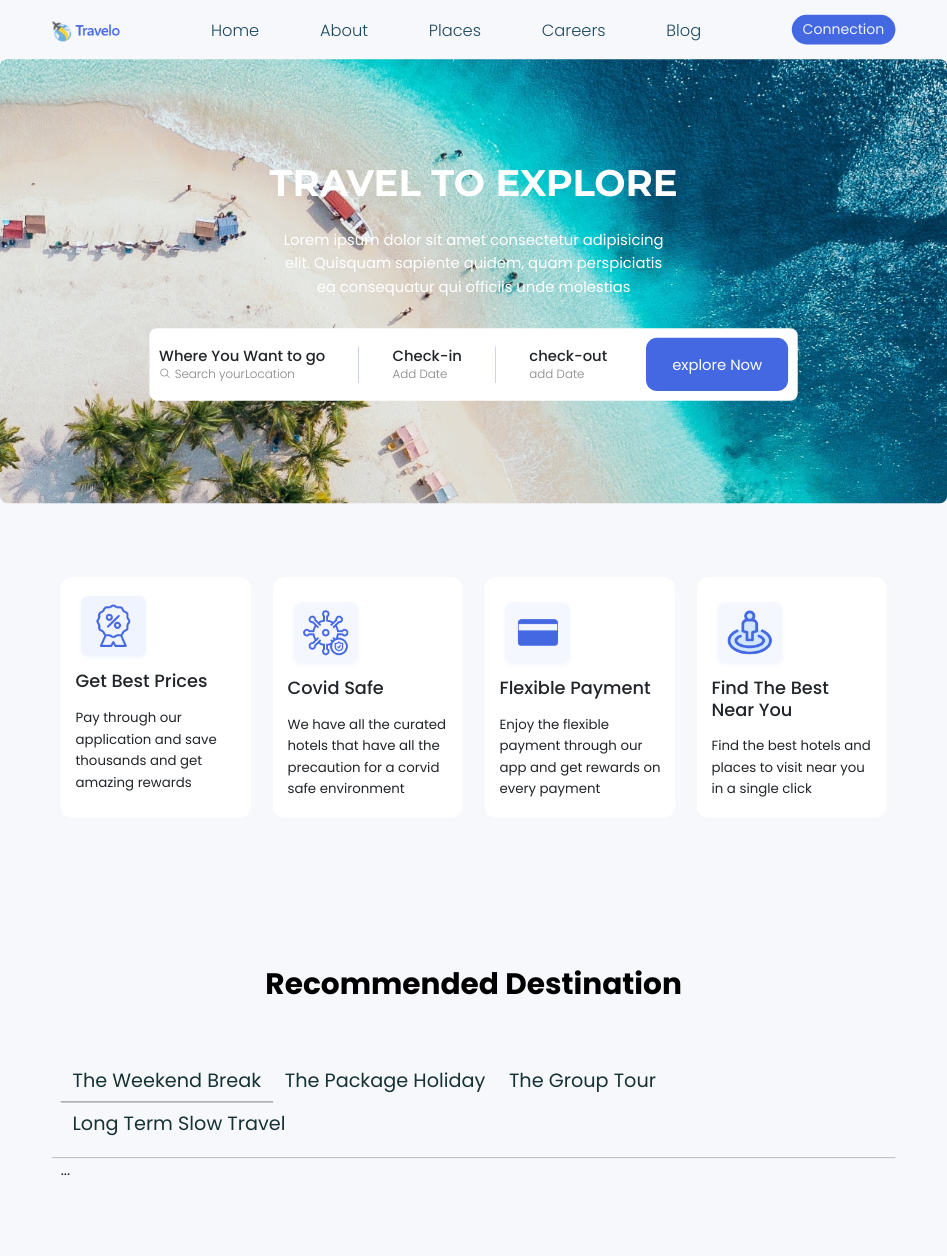
Repository: kuluong2000/travel
Page: index.html
An editor plug-in stored every save of this project. The page is shown before and after the next save, followed by the edit.
The browser window is 1280 px wide. The pictures show the whole page, at 74% of full size.
The style sheet was rebuilt from its Sass, Less or Tailwind sources for each picture, by a compiler version that may differ from the author's.

Above is the page before, as saved 2021-09-09 20:33:15.

### index.html
<!DOCTYPE html>
<html lang="en">
  <head>
    <meta charset="UTF-8" />
    <meta http-equiv="X-UA-Compatible" content="IE=edge" />
    <meta name="viewport" content="width=device-width, initial-scale=1.0" />
    <link rel="stylesheet" href="./libs/css/bootstrap.min.css" />
    <link rel="stylesheet" href="./libs/css/animate.css" />
    <link rel="stylesheet" href="./libs/css/slick-theme.css" />
    <link rel="stylesheet" href="./libs/css/slick.css" />
    <link rel="stylesheet" href="./assets/css/reset.css" />
    <link rel="stylesheet" href="./assets/css/style.css" />
    <link rel="stylesheet" href="./assets/css/responsive.css" />
    <title>Document</title>
  </head>
  <body>
    <header class="header">
      <div class="container">
        <div class="row">
          <div class="header__main">
            <div class="header__logo">
              <a href="/">
                <img src="./assets/image/logo.png" alt="" srcset="" />
              </a>
            </div>
            <div class="sub-menu">
              <div class="line1"></div>
              <div class="line2"></div>
              <div class="line3"></div>
            </div>
            <nav>
              <ul class="header__menu">
                <li class="header__menu__item">
                  <a class="header__mennu__item__link" href="/">Home</a>
                </li>
                <li class="header__menu__item">
                  <a class="header__mennu__item__link" href="/">About</a>
                </li>
                <li class="header__menu__item">
                  <a class="header__mennu__item__link" href="/">Places</a>
                </li>
                <li class="header__menu__item">
                  <a class="header__mennu__item__link" href="/">Careers</a>
                </li>
                <li class="header__menu__item">
                  <a class="header__mennu__item__link" href="/">Blog</a>
                </li>
              </ul>
            </nav>
            <a href="#" class="header__conn"> Connection </a>
          </div>
        </div>
      </div>
    </header>
    <main>
      <section class="banner">
        <div class="container">
          <div class="row">
            <div class="banner__main">
              <div class="banner__main__top">
                <h1 class="banner__main__title">Travel To explore</h1>
                <p class="banner__main__desc">Lorem ipsum dolor sit amet consectetur adipisicing elit. Quisquam sapiente quidem, quam perspiciatis ea consequatur qui officiis unde molestias</p>
              </div>
              <div class="banner__main__bottom">
                <div class="banner__main_list">
                  <div class="banner__main__item">
                    <h4 class="banner__main__item__caption">Where You Want to go</h4>
                    <a href="/" class="banner__main__item__desc">
                      <ion-icon name="search-outline" class="banner__main__item__desc--icon"> </ion-icon>
                      <p>Search yourLocation</p>
                    </a>
                  </div>
                  <div class="banner__main__item">
                    <h4 class="banner__main__item__caption">Check-in</h4>
                    <a href="/" class="banner__main__item__desc">Add Date</a>
                  </div>
                  <div class="banner__main__item">
                    <h4 class="banner__main__item__caption">check-out</h4>
                    <a href="/" class="banner__main__item__desc">add Date</a>
                  </div>
                </div>
                <a href="/" class="banner__btn"> explore Now</a>
              </div>
            </div>
          </div>
        </div>
      </section>
      <section class="about">
        <div class="container">
          <div class="row">
            <div class="about__main">
              <div class="about__item">
                <img src="./assets/image/bestPrices.png" alt="" class="about__item--img" />
                <div class="about__item__info">
                  <h4 class="about__item--title">Get Best Prices</h4>
                  <p class="about__item--desc">Pay through our application and save thousands and get amazing rewards</p>
                </div>
              </div>
              <div class="about__item">
                <img src="./assets/image/covidSafe.png" alt="" class="about__item--img" />
                <div class="about__item__info">
                  <h4 class="about__item--title">Covid Safe</h4>
                  <p class="about__item--desc">We have all the curated hotels that have all the precaution for a corvid safe environment</p>
                </div>
              </div>

              <div class="about__item">
                <img src="./assets/image/payment.png" alt="" class="about__item--img" />
                <div class="about__item__info">
                  <h4 class="about__item--title">Flexible Payment</h4>
                  <p class="about__item--desc">Enjoy the flexible payment through our app and get rewards on every payment</p>
                </div>
              </div>
              <div class="about__item">
                <img src="./assets/image/nearYou.png" alt="" class="about__item--img" />
                <div class="about__item__info">
                  <h4 class="about__item--title">Find The Best Near You</h4>
                  <p class="about__item--desc">Find the best hotels and places to visit near you in a single click</p>
                </div>
              </div>
            </div>
          </div>
        </div>
      </section>
      <section class="destination">
        <div class="container">
          <div class="row">
            <h2 class="destination__title">Recommended Destination</h2>
            <div class="destination__menu">
              <ul class="nav nav-pills mb-3" id="pills-tab" role="tablist">
                <li class="nav-item destination__menu__item" role="presentation">
                  <button
                    class="nav-link destination__menu__link active"
                    id="pills-home-tab"
                    data-bs-toggle="pill"
                    data-bs-target="#pills-home"
                    type="button"
                    role="tab"
                    aria-controls="pills-home"
                    aria-selected="true"
                  >
                    The Weekend Break
                  </button>
                </li>
                <li class="nav-item destination__menu__item" role="presentation">
                  <button
                    class="nav-link destination__menu__link"
                    id="pills-profile-tab"
                    data-bs-toggle="pill"
                    data-bs-target="#pills-profile"
                    type="button"
                    role="tab"
                    aria-controls="pills-profile"
                    aria-selected="false"
                  >
                    The Package Holiday
                  </button>
                </li>
                <li class="nav-item destination__menu__item" role="presentation">
                  <button
                    class="nav-link destination__menu__link"
                    id="pills-contact-tab"
                    data-bs-toggle="pill"
                    data-bs-target="#pills-contact"
                    type="button"
                    role="tab"
                    aria-controls="pills-contact"
                    aria-selected="false"
                  >
                    The Group Tour
                  </button>
                </li>
                <li class="nav-item destination__menu__item" role="presentation">
                  <button
                    class="nav-link destination__menu__link"
                    id="pills-contact-tab"
                    data-bs-toggle="pill"
                    data-bs-target="#pills-contact"
                    type="button"
                    role="tab"
                    aria-controls="pills-contact"
                    aria-selected="false"
                  >
                    Long Term Slow Travel
                  </button>
                </li>
              </ul>
            </div>
            <div class="tab-content" id="pills-tabContent">
              <div class="tab-pane fade show active" id="pills-home" role="tabpanel" aria-labelledby="pills-home-tab">...</div>
              <div class="tab-pane fade" id="pills-profile" role="tabpanel" aria-labelledby="pills-profile-tab">...</div>
              <div class="tab-pane fade" id="pills-contact" role="tabpanel" aria-labelledby="pills-contact-tab">...</div>
            </div>
          </div>
        </div>
      </section>
    </main>

    <script src="./libs/Js/jquery-3.5.1.slim.min.js"></script>
    <script type="module" src="https://unpkg.com/ionicons@5.5.2/dist/ionicons/ionicons.esm.js"></script>
    <script nomodule src="https://unpkg.com/ionicons@5.5.2/dist/ionicons/ionicons.js"></script>
    <script src="./libs/Js/bootstrap.min.js"></script>
    <script src="./libs/Js/slick.min.js"></script>
    <script src="./libs/Js/wow.js"></script>
    <script src="./assets/Js/main.js"></script>
  </body>
</html>

### assets/css/reset.css
html, body, div, span, applet, object, iframe,
h1, h2, h3, h4, h5, h6, p, blockquote, pre,
a, abbr, acronym, address, big, cite, code,
del, dfn, em, img, ins, kbd, q, s, samp,
small, strike, strong, sub, sup, tt, var,
b, u, i, center,
dl, dt, dd, ol, ul, li,
fieldset, form, label, legend,
table, caption, tbody, tfoot, thead, tr, th, td,
article, aside, canvas, details, embed,
figure, figcaption, footer, header, hgroup,
menu, nav, output, ruby, section, summary,
time, mark, audio, video {
	margin: 0;
	padding: 0;
	border: 0;
	font-size: 100%;
	vertical-align: baseline;
}
/* HTML5 display-role reset for older browsers */
article, aside, details, figcaption, figure,
footer, header, hgroup, menu, nav, section {
	display: block;
}
* {
	box-sizing: border-box;
}
body {
	line-height: 1;
  font-family: 'Muli', sans-serif;


  font-style: normal;
  font-weight: normal;
  font-size: 16px;
  line-height: 32px;
}
ol, ul {
	list-style: none;
}
blockquote, q {
	quotes: none;
}
blockquote:before, blockquote:after,
q:before, q:after {
	content: '';
	content: none;
}
table {
	border-collapse: collapse;
	border-spacing: 0;
}

img {
  max-width: 100%;
	vertical-align: bottom;
}
a {
	outline: none;
}

### assets/css/responsive.css

@media (min-width:1920px){
    .container{
        max-width: 1804px;
    }
}
@media (min-width:1400px) and (max-width:1919px){
    .about {
        padding: 115px 0px;
    }
    .about__main {
        grid-column-gap: 30px;

    }
    .about__item {
    padding: 29px 30px 25px 26px;
}
}
@media (min-width:1200px) and (max-width:1399px){
    .about {
        padding: 100px 0px;
    }
    .about__main {
        grid-column-gap: 30px;
    }

    .about__item--desc {
      font-size: 18px;
    }
    .about__item:first-child {
        padding: 20px 23px 13px 20px;
    }
    .about__item:nth-child(2) {
        padding: 29px 10px 25px 20px;
    }
    .about__item:nth-child(3) {
     padding: 29px 14px 25px 20px;
    }
    .about__item:last-child {
        padding: 29px 20px 10px 20px;
    }
}
@media (min-width:992px) and (max-width:1199px){
    .header__menu__item:not(:first-child) {
        margin-left: 65px;
    }
    .about__main {

        grid-column-gap: 20px;
    }
    .about__item:first-child,
    .about__item:nth-child(2),
    .about__item:nth-child(3),
    .about__item:last-child {
        padding: 29px 10px 15px 15px;
    }
    .about__item--desc {
        font-size: 16px;
    }
    .about__item--title {
        font-size: 20px;
    }
}
@media (min-width:768px) and (max-width:991px){
    .header__menu__item:not(:first-child) {
        margin-left: 25px;
    }
    .header__conn {

        font-size: 16px;
        padding: 3px 10px;
    }
    /* banner */
    .header__mennu__item__link {
        font-size: 20px;
    }
    .banner {
        min-height: 450px;
    }
    .banner__main__item:not(:last-child) {
        margin-right: 15px;
        padding-right: 10px;
    }
    .banner__main__title {
        font-size: 30px;
    }
    .banner__main__desc {
        width: 70%;
        margin-bottom: 20px;
    }
    .banner__main__bottom {
        width: 85%;
        padding: 13px;
        margin: 0 auto;
    }
    .banner__btn {
        padding: 10px 15px;
    }
    .banner__main__item__caption {
        font-size: 18px;
    }
    /* about */
    .about {
         padding: 50px;
    }
    .about__main {
        grid-template-columns: repeat(2, 1fr);
        grid-column-gap: 30px;
        grid-row-gap: 30px;
    }

    .about__item:first-child {
        padding: 29px 30px 21px 26px;
    }

    .about__item:nth-child(2) {
        padding: 29px 18px 25px 15px;
    }
    .about__item--title {
         font-size: 20px;
      }
}
@media  (max-width:767px){
    .container{
        max-width: 100%;
        padding: 0 1.5%;
        margin:0 ;
    }

    .header__main {
        padding: 10px;
    }
    .header__menu {
        position: absolute;
        flex-direction: column;
        background: #1C4961;
        width: 100%;
        height: 100vh;
        left: 0;
        top: 50px;
        transition: 0.5s ;
        transform: translateX(-100%);
        justify-content: unset;
        z-index: 999;
    }
    .header__menu.active{
        transform: translateX(0);
    }
    .header__mennu__item__link {
        color: white;;
    }
    .sub-menu{
        display: block;
        left: 90%;
        top: 50%;
        transform: translate(-50%,-50%);
    }
    .header__menu__item:not(:first-child) {
        margin-left: 0;
    }
    .header__menu__item{
        margin-top: 30px;
    }
    .header__conn {
        font-size: 14px;
        position: absolute;
        padding: 3px 10px;
        right: 20%;
    }
    /* banner */
    .banner {
         min-height: 40vh;
    }
    .banner__main__bottom {
         display: none;
    }
    .banner__main__title {
        font-size: 5vw;
    }
    .banner__main__desc {
        width: 90vw;
        margin-bottom: 20px;
        font-size: 3vw;
    }
    /* about */
    .about {
        padding: 40px 0;
    }
    .about__main {
        grid-template-columns: repeat(1, 1fr);
        grid-row-gap: 10px;
    }
    .about__item--img {
        width: 70px;
        height: auto;
    }
    .about__item--title {
        font-size: 18px;
        margin-bottom: 10px;
    }
    .about__item--desc {
         font-size: 16px;
    }
    .about__item:first-child,
    .about__item:nth-child(2),
    .about__item:nth-child(3),
    .about__item:last-child {
        padding: 25px 10px 15px 20px;
    }

}

### assets/Js/main.js
const sub_menu = document.querySelector('.sub-menu');
const menu = document.querySelector('.header__menu');
sub_menu.addEventListener('click', ()=>{
    sub_menu.classList.toggle('active');;
    menu.classList.toggle('active');
})

### assets/sass/style.scss
@import "global";
@import "variable";
@import "header";
@import "banner";
@import "about";
@import "destination";

### assets/sass/_global.scss
@import url('https://fonts.googleapis.com/css2?family=Montserrat:wght@300;400;500;600;700;800;900&family=Poppins:wght@300;400;500;600;700;800;900&display=swap');
*{
    padding: 0;
    margin: 0;
    box-sizing: border-box;
}
body{
    font-family: 'Poppins', sans-serif;
    line-height: 1.6;
    font-size: 20px;
    background-color: rgb(247,248,252);
}

### assets/sass/_variable.scss
$color-white:#FFFFFF;
$color-dark-blue:#1C4961;

$color-blue:#4468E2;
$color-light-blue:#E1E8F8;
$color-black:#000000;
$color-text:#163235;
$color-gray:#848484

### assets/sass/_header.scss
.header{
    position: relative;
    &__main{
        display:flex;
        justify-content: space-between;
        align-items: center;
        padding:20px 0

    }
    &__logo{
        display: inline-block;

    }
    &__menu{
        display:flex;
        justify-content: space-between;
        align-items: center;

    }
    &__menu__item:not(:first-child){
        margin-left: 82px;
    }
    &__mennu__item__link{
        text-decoration: none;
        color: $color-dark-blue;
        font-size: 22px;
        position: relative;
        font-weight: 300;
        transition: 0.5s;
        &::after{
            content: '';
            position: absolute;
            width: 100%;
            height: 2px;
            background-color: $color-blue;
            left: 0;
            bottom: 0;
            transition: 0.5s;
            transform: scale(0);
        }
        &:hover{
            color: $color-dark-blue;
            font-weight: 400;
        }
        &:hover::after{
            transform: scale(1);
        }
    }
    &__conn{
        text-decoration: none;
        background-color: $color-blue;
        color:rgba($color-white, $alpha: 0.9) ;
        font-size: 19px;
        border-radius: 25px;
        padding:5px 15px;
        transition: 0.5s;

        &:hover{
             color:rgba($color-white, $alpha: 1) ;
            background-color: $color-dark-blue;
        }
    }
}
.sub-menu{
    position: absolute;
    display: none;
}
.sub-menu div {
    cursor: pointer;
    width: 25px;
    height: 3px;
    background-color: $color-dark-blue;
    margin: 5px;
    transition: transform 0.5s linear;
}
.active .line1{
    transform:  rotate(-45deg) translate(-5px,6px);
}
.active .line2{
    opacity: 0;
}
.active .line3{
    transform: rotate(45deg) translate(-5px, -6px);
}

### assets/sass/_banner.scss
.banner{
    background: url(../image/banner.jpg) no-repeat center /  cover;
    min-height: 600px;
    border-radius: 10px;
    position: relative;

  &__main{
      position:absolute;
      width:max-content;
      top: 50%;
      left: 50%;
      transform: translate(-50%,-50%);
}
  &__main__top{

    text-align: center;

}
  &__main__title{
    font-size: 50px;
    font-family: 'Montserrat',sans-serif;
    font-weight: bold;
    text-transform: uppercase;
    color: white;
    margin-bottom: 29px;
}
  &__main__desc{
    color:$color-white;
    width: 540px;
    margin: 0 auto 40px;
}
  &__main__bottom{
    background-color: white;
    display: flex;
    width: 876px;
    justify-content: space-between;
    align-items: center;
    padding: 13px;
    border-radius: 10px;

}
  &__main_list{
    display: flex;
    justify-content: space-between;
    align-items: center;

}
  &__main__item:not(:last-child){
      margin-right: 45px;
      padding-right: 45px;
      border-right: 1px solid #B4C6EE;

}
  &__main__item__caption{

}
  &__main__item__desc{
    text-decoration: none;
    font-weight: 300;
    color: $color-gray;
    font-size: 16px;
    display: flex;

    align-items: center;
    &:hover{
        color: $color-gray;
    }
    &--icon{
        margin-right: 5px;
    }

}
  &__btn{
    padding: 20px 35px;
    color: $color-white;
    background-color: $color-blue;
    border-radius: 15px;
    text-decoration: none;
    &:hover{
        color: $color-white;
    }
}

}

### assets/sass/_about.scss
.about {
    padding: 178px 0;
  &__main{
    display: grid;
    grid-template-columns: repeat(4,1fr);
    grid-column-gap: 100px;
}
  &__item{

    background-color:$color-white;
    border-radius: 15px;
    box-shadow: 10px 10px 5px 0px rgba(247,248,252,0.75);

    display: flex;
    flex-direction: column;
    &:first-child{
        padding: 29px 68px 21px 26px;
    }
    &:nth-child(2){
         padding: 29px 58px 25px 26px;
    }
    &:nth-child(3){
         padding: 29px 14px 51px 31px;
    }
    &:last-child{
        padding: 29px 33px 51px 24px;
    }


}
  &__item__info{
      margin-top: 10px;
    display: flex ;
    flex-direction: column;
    flex: 1;

  }
  &__item--img{
    width: 103px;
    height: 97px;

}
  &__item--title{
    font-size: 24px;
    margin-bottom: 20px;
}
  &__item--desc{
    font-size: 18px;
}
}

### assets/sass/_destination.scss
.destination{
    padding: 100px 0;
    &__title{
        font-size: 40px;
        font-weight: bold;
        color: $color-black;
        margin-bottom:79px;
        text-align: center;
    }
    &__menu{
        width: 1200px;
        margin: 0 auto;

        border-bottom:  1px solid #A7A7A7;
        &__item{

        }
        &__link{
            color: $color-text;
            font-size: 26px;
            position: relative;
            &::before{
                content: '';
                position: absolute;
                bottom: 0;
                left: 0;
                width: 100%;
                height: 2px ;
                transform: scale(0);
                background-color: #A7A7A7;
                transition: transform 0.5s ease-in-out;
            }
            &.active::before{
                transform: scale(1);
            }
        }
        &__link.active{
            background-color: transparent !important;
            color: $color-text !important;
        }
        &__link:hover{
            color: unset;
        }

    }



}

Loaded but not shown: libs/css/bootstrap.min.css (library); libs/css/animate.css (library); libs/css/slick-theme.css (library); libs/css/slick.css (common file); libs/Js/jquery-3.5.1.slim.min.js (library); libs/Js/bootstrap.min.js (library); libs/Js/slick.min.js (library); libs/Js/wow.js (library)

After the next save:
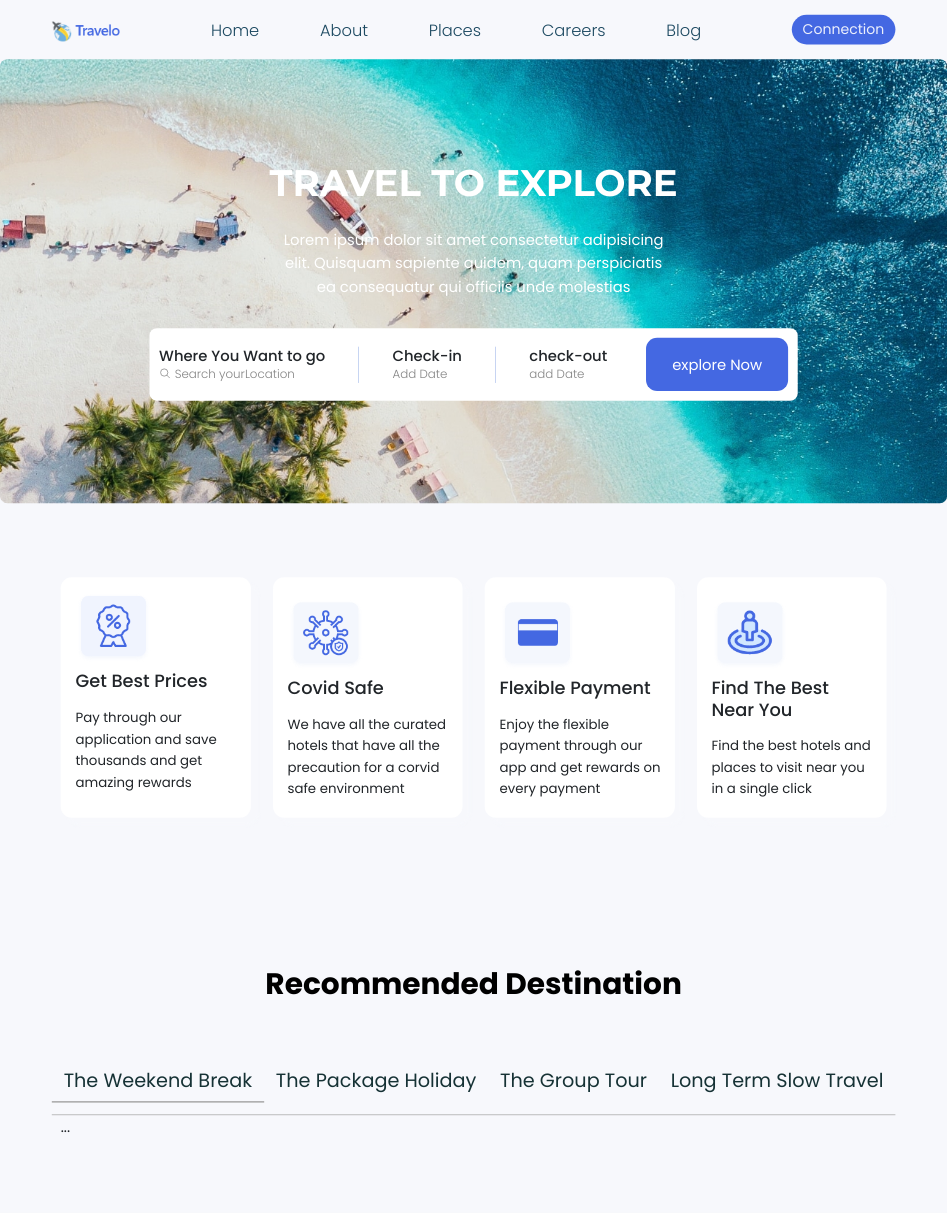
Saved 2 min 15 s later.
--- a/assets/sass/_destination.scss
+++ b/assets/sass/_destination.scss
@@ -10,7 +10,7 @@
     &__menu{
         width: 1200px;
         margin: 0 auto;
-
+        padding: 0;
         border-bottom:  1px solid #A7A7A7;
         &__item{
 
